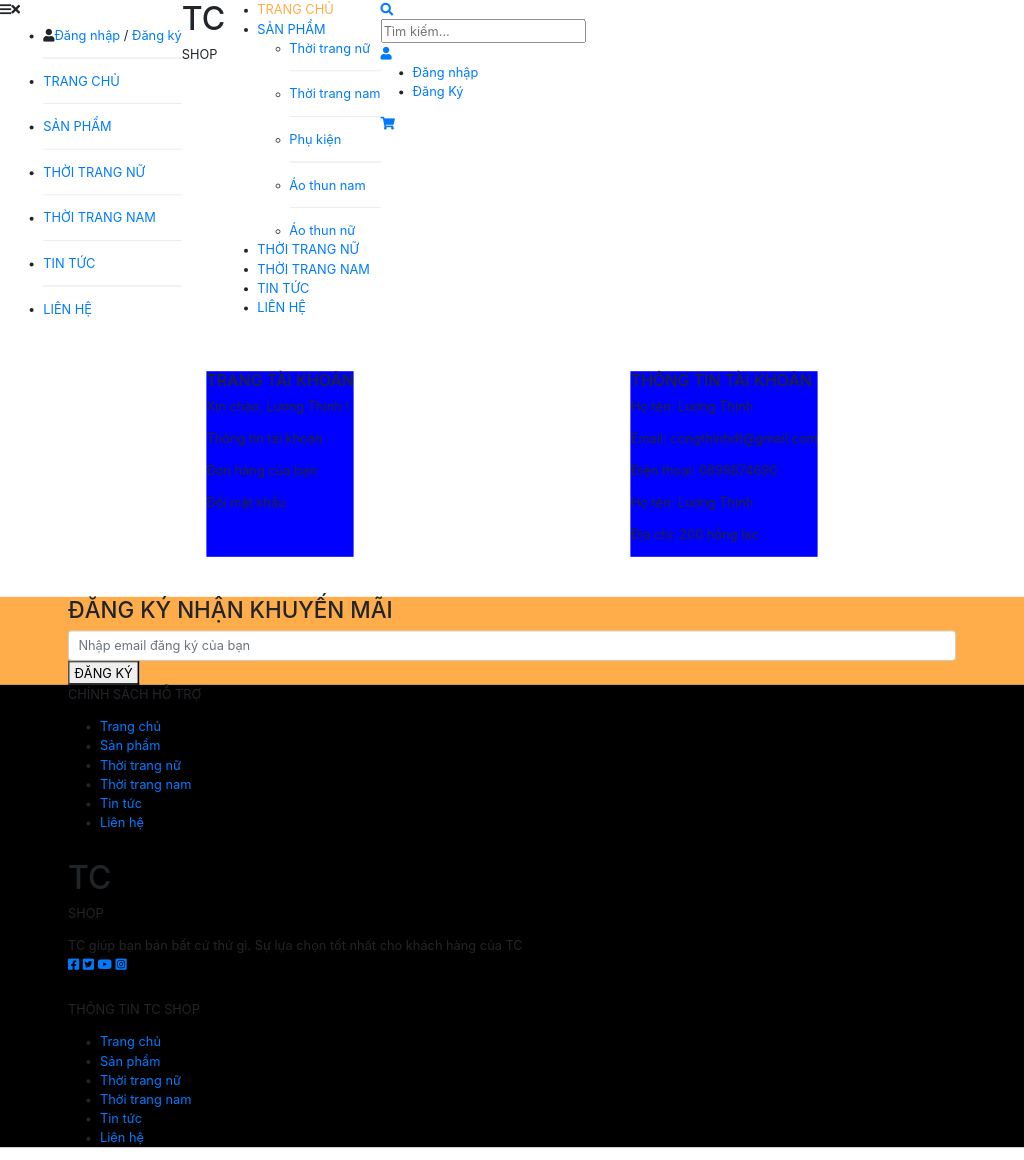
Repository: congthinh1701/TCshop
Page: ThongTinTaiKhoan.html
These files come from the project's save history. The page is drawn as it stood at one moment and after the next save; the edit follows.
The browser window is 1280 px wide. The pictures show the whole page, at 80% of full size.
The style sheet was rebuilt from its Sass, Less or Tailwind sources for each picture, by a compiler version that may differ from the author's.

Above is the page before, as saved 2021-09-08 17:05:45.

After the next save:
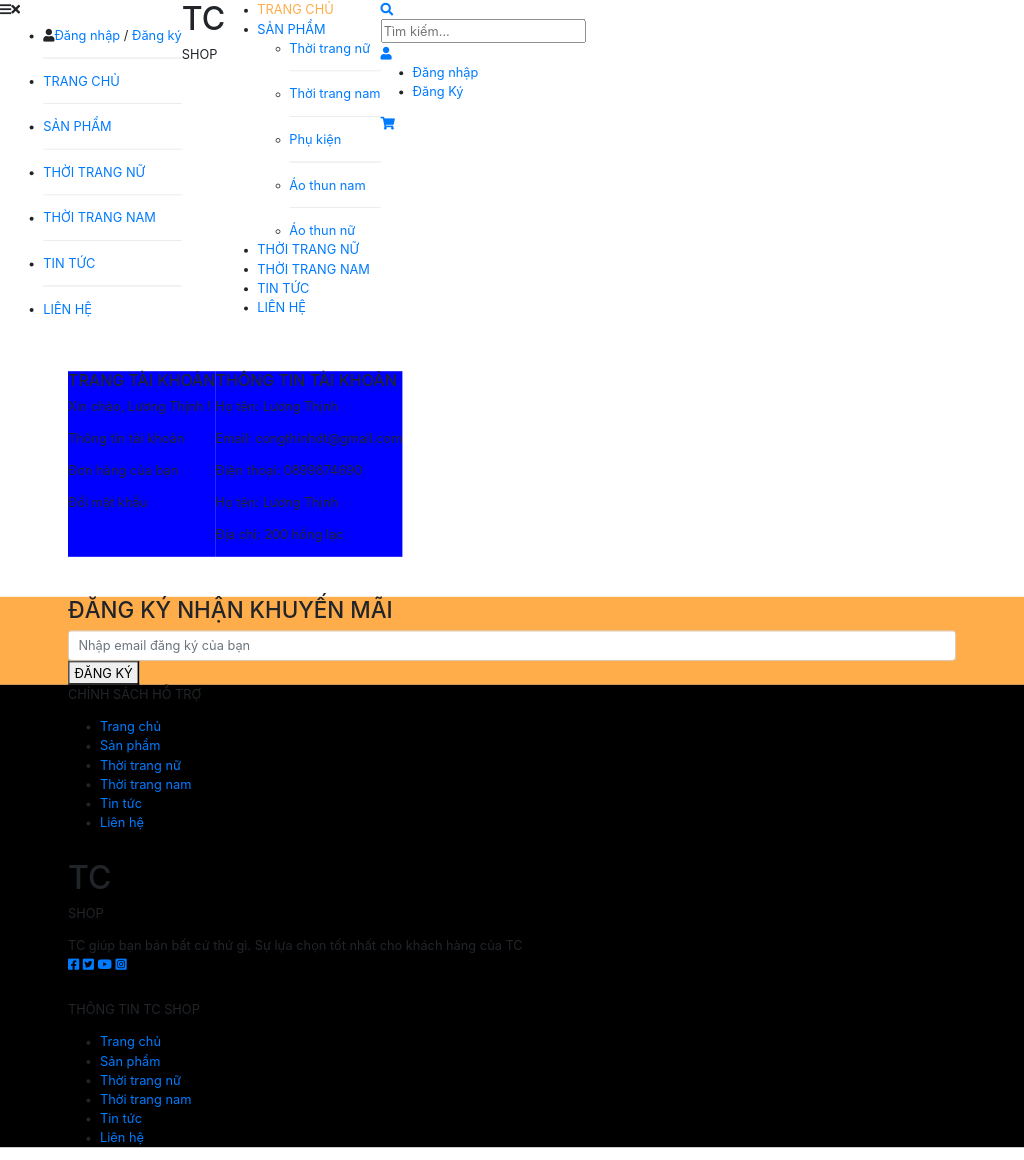
Saved 6 s later.
--- a/sass/style.scss
+++ b/sass/style.scss
@@ -6,7 +6,6 @@ $fontWeight:500;
 
 .admin{
     display:flex;
-    justify-content: space-around;
     --columns:2;
     margin-top: 50px;
 }
